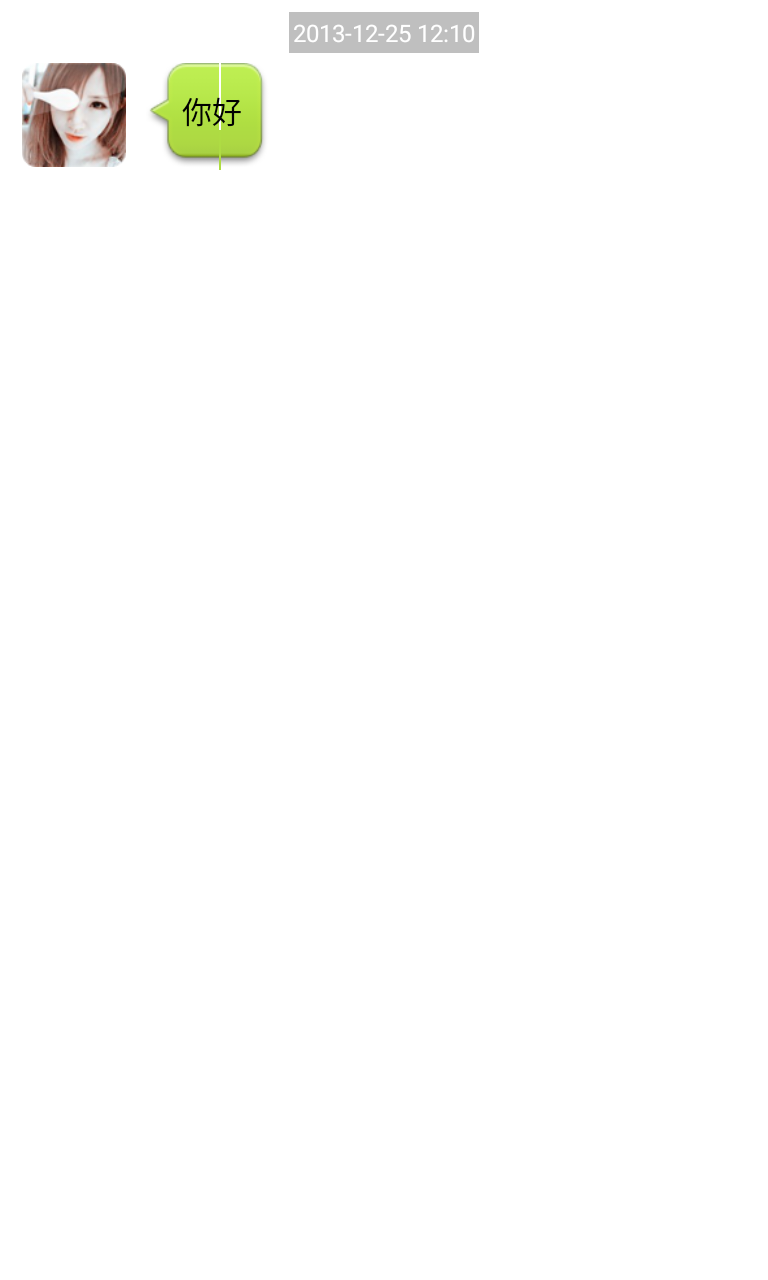
Repository: CiLiNet-Android/courseware
Layout: Android用户界面/TextView/SourceCodes/TextViewDemo/res/layout/include_weixinchart_left_item.xml
These files come from the project's save history. The layout is drawn as it stood at one moment and after the next save; the edit follows.
It is drawn on a 768 x 1280 px phone screen (xhdpi) without system bars, with theme AppTheme; the app's code is not run.

Above is the layout before, as saved 2013-12-24 07:54:13.

After the next save:
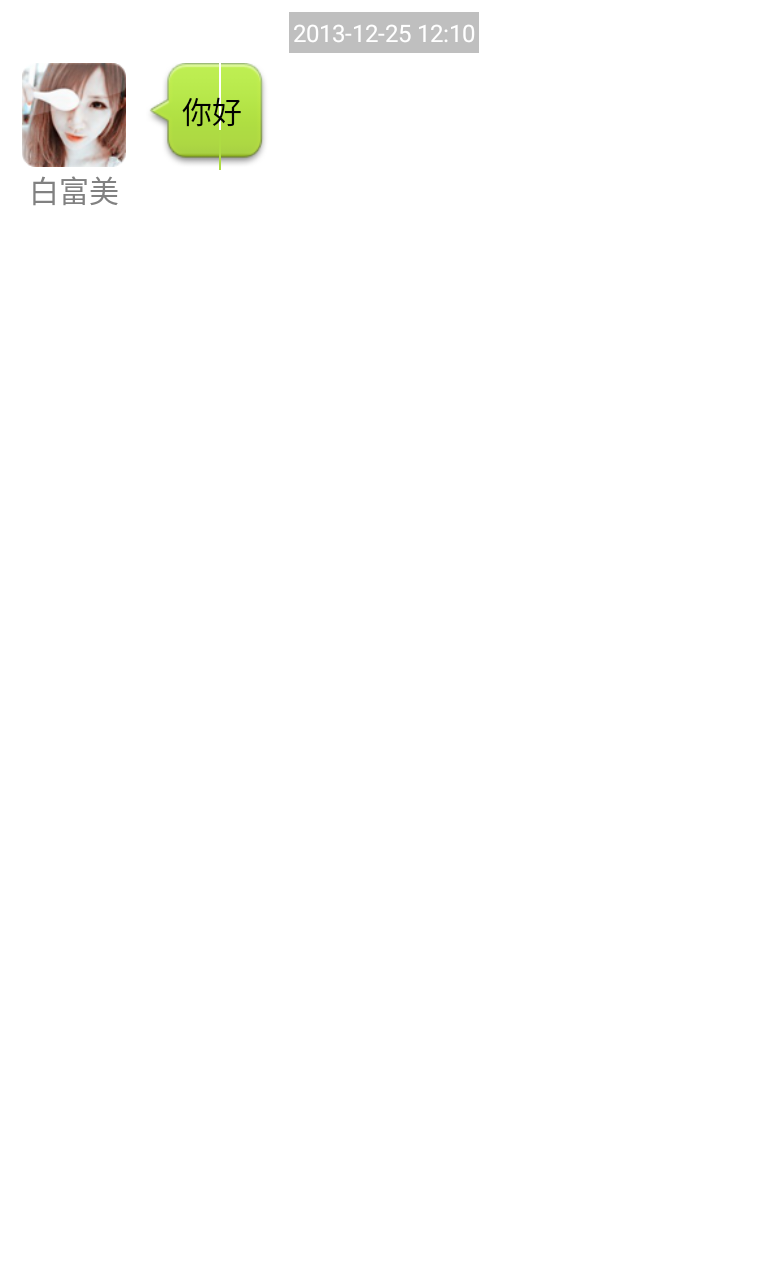
Saved 12 s later.
--- a/Android用户界面/TextView/SourceCodes/TextViewDemo/res/layout/include_weixinchart_left_item.xml
+++ b/Android用户界面/TextView/SourceCodes/TextViewDemo/res/layout/include_weixinchart_left_item.xml
@@ -57,6 +57,7 @@
             android:layout_below="@id/imgV_recivedUserHead"
             android:layout_toLeftOf="@id/txtV_recivedChartContent"
             style="@style/chat_text_name_style"
+            android:text="白富美"
             android:id="@+id/tv_username"/>
 
     </RelativeLayout>
